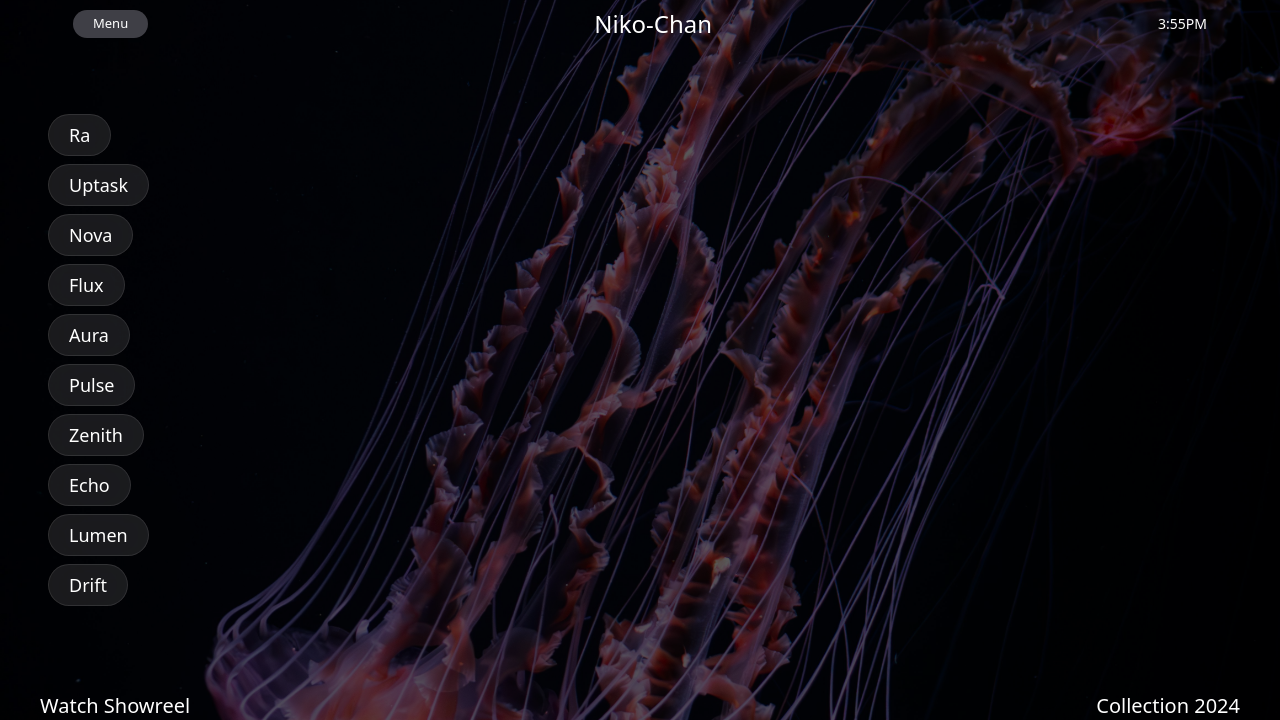
Repository: nikhilsinghrathore1/Niks_indian_local
Page: /
An editor plug-in stored every save of this project. The page is shown before and after the next save, followed by the edit.
The browser window is 1280 px wide. The pictures show the whole page.
The project was rebuilt for these pictures with package versions that can differ from the ones it lists, and the page was loaded fresh each time. Also part of the build but not shown: vite.config.ts.

Above is the page before, as saved 2024-08-27 11:27:11.

### src/App.tsx
import { useState } from 'react'
import reactLogo from './assets/react.svg'
import viteLogo from '/vite.svg'
import './App.css'
import Landing from './Components/Landing'

function App() {
  const [count, setCount] = useState(0)

  return (
    <>

      <Landing/>
    </>
  )
}

export default App

### src/App.css
@font-face {
               font-family:font1 ;
               src: url("./assets/Fontspring-DEMO-rocgroteskcomp-regular.otf");
}

.f1{
               font-family: font1;
}

.item>p{
               padding: 6px 20px;

               font-weight: lighter;
               background-color: rgba(255, 255, 255, 0.1);
               border-radius: 40px;
               border: 1px solid rgba(255, 255, 255, 0.1);
               backdrop-filter: blur(20px);
               transition: 0.3s;
}

.item>p:hover{
               background: none;
               border: 1px solid rgba(255, 255, 255, 0.25);
}

.preview{
               position: fixed ;
               width: 100% ;
               height: 100% ;
               color: #fff;
               z-index: 1;
}

.preview-bg{
               position: absolute;
               width: 100%;
               pointer-events: none;
               height: 100%;
               opacity: 0.35;
}

.preview-title h1{
               font-weight:  lighter;
               font-size: 80px;
}

.preview p , .preview-description p{
               font-size: 14px;
               line-height: 120%;
}

.preview-varient-1 .preview-img{
               position: absolute;
               bottom: 0;
               right: 0;
               margin: 2em;
               width: 300px;
               height: 400px;
               clip-path: polygon(0% 100%, 100%, 100% , 100% 100% , 0% 100%);

}

.preview-varient-1 .preview-title{
               position: absolute;
               top: 35%;
               left: 25%;
}
.preview-varient-1 .preview-tags{
               position: absolute;
               top: 35%;
               left: 40%;
}

.preview-varient-1 .preview-description{
               width: 250px;
               position: absolute;
               top: 25%;
               right: 25%;
}
.preview-varient-3 .preview-img{
               position: absolute;
               bottom: 10%;
               left: 15%;
               margin: 2em;
               width: 300px;
               height: 400px;
               clip-path: polygon(0% 0%, 0%, 0% , 0% 100% , 0% 100%);

}

.preview-varient-3 .preview-title{
               position: absolute;
               bottom: 40%;
               right: 15%;
}
.preview-varient-3 .preview-tags{
               position: absolute;
               bottom: 20%;
               right: 30%;
}

.preview-varient-3 .preview-description{
               width: 250px;
               position: absolute;
               left: 20%;
               top: 15%;
}
.preview-varient-2 .preview-img{
               position: absolute;
               top: 10%;
               right: 5%;
               margin: 2em;
               width: 300px;
               height: 400px;
               clip-path: polygon(100% 0%, 100%, 0% , 100% 100% , 100% 100%);

}

.preview-varient-2 .preview-title{
               position: absolute;
               bottom: 30%;
               left: 50%;
}
.preview-varient-2 .preview-tags{
               position: absolute;
               top: 25%;
               left: 25%;
}

.preview-varient-3 .preview-description{
               width: 250px;
               position: absolute;
               right: 10%;
               bottom: 15%;
}

### src/Components/Landing.tsx
// Landing.tsx
import { useEffect, useRef } from 'react';
import gsap from 'gsap';
import img1 from '../assets/img1.jpg';
import img2 from '../assets/img2.jpg';
import img3 from '../assets/img3.jpg';
import img4 from '../assets/img4.jpg';
import img5 from '../assets/img5.jpg';
import img6 from '../assets/img6.jpg';
import img7 from '../assets/img7.jpg';
import img8 from '../assets/img8.jpg';
import img9 from '../assets/img9.jpg';
import img10 from '../assets/img10.jpg';
import defaultBg from '../assets/default-bg.jpg';

interface TransformProps {
  x?: number;
  y?: number;
  opacity?: number;
}

type VariantTransform = {
  [key: string]: {
    [elementClass: string]: TransformProps;
  };
};

const mapClasses = [
  'variant-1',
  'variant-2',
  'variant-3',
  'variant-1',
  'variant-2',
  'variant-3',
  'variant-1',
  'variant-2',
  'variant-3',
  'variant-1',
];

const previews = [
  {
    img: img1,
    title: 'Ra',
    tags: 'Futuristic Fashion, Minimal Design',
    description:
      'Exploring the intersection of minimalism and future fashion trends in web design.',
    bg: img1,
  },
  {
    img: img2,
    title: 'Uptask',
    tags: 'Fashion Innovation, Graphic Simplicity',
    description:
      'Innovative fashion web design with a core focus on simplicity and elegance.',
    bg: img2,
  },
  {
    img: img3,
    title: 'Nova',
    tags: 'Space Inspired, Modern Aesthetics',
    description:
      'A modern take on space-inspired designs blending technology and art.',
    bg: img3,
  },
  {
    img: img4,
    title: 'Flux',
    tags: 'Dynamic Layouts, Vibrant Colors',
    description:
      'Dynamic and colorful layouts that capture attention and engage users.',
    bg: img4,
  },
  {
    img: img5,
    title: 'Aura',
    tags: 'Serene Designs, Pastel Themes',
    description:
      'Creating calm and soothing user experiences through pastel-themed designs.',
    bg: img5,
  },
  {
    img: img6,
    title: 'Pulse',
    tags: 'Energetic Vibes, Bold Typography',
    description:
      'Harnessing energy and movement with bold typography and striking visuals.',
    bg: img6,
  },
  {
    img: img7,
    title: 'Zenith',
    tags: 'Peak Performance, Sleek Interfaces',
    description:
      'Designs focused on peak performance and sleek, intuitive interfaces.',
    bg: img7,
  },
  {
    img: img8,
    title: 'Echo',
    tags: 'Repetitive Patterns, Minimalist Touch',
    description:
      'Utilizing repetitive patterns to create harmony and balance in design.',
    bg: img8,
  },
  {
    img: img9,
    title: 'Lumen',
    tags: 'Light Themes, Clarity Focused',
    description:
      'Emphasizing clarity and readability through light-themed designs.',
    bg: img9,
  },
  {
    img: img10,
    title: 'Drift',
    tags: 'Fluid Movements, Abstract Forms',
    description:
      'Incorporating fluid movements and abstract forms for a unique user experience.',
    bg: img10,
  },
];

const Landing: React.FC = () => {
  const containerRef = useRef<HTMLDivElement>(null);
  const previewBgRef = useRef<HTMLDivElement>(null);
  const itemsRef = useRef<Array<HTMLDivElement | null>>([]);

  useEffect(() => {
    const defaultClipPath: { [key: string]: string } = {
      'variant-1': 'polygon(0% 100%, 100% 100%, 100% 100%, 0% 100%)',
      'variant-2': 'polygon(100% 0%, 100% 0%, 100% 100%, 100% 100%)',
      'variant-3': 'polygon(0% 0%, 0% 0%, 0% 100%, 0% 100%)',
    };

    const variantTransform: VariantTransform = {
      'variant-1': {
        title: { x: 75, opacity: 0 },
        tags: { y: -75, opacity: 0 },
        description: { x: -75, opacity: 0 },
      },
      'variant-2': {
        title: { x: -75, opacity: 0 },
        tags: { y: -75, opacity: 0 },
        description: { y: 75, opacity: 0 },
      },
      'variant-3': {
        title: { x: 75, opacity: 0 },
        tags: { y: 75, opacity: 0 },
        description: { x: 75, opacity: 0 },
      },
    };

    const getDefaultClipPath = (previewElement: HTMLDivElement): string => {
      for (const variant in defaultClipPath) {
        if (previewElement.classList.contains(variant)) {
          return defaultClipPath[variant];
        }
      }
      return 'polygon(100% 0%, 0% 0%, 0% 100%, 100% 100%)';
    };

    const applyVariantStyle = (
      previewElement: HTMLDivElement,
      reset: boolean = false
    ) => {
      const variant = mapClasses[Array.from(previewElement.classList).findIndex(cls => cls.startsWith('variant-'))];
      if (variant && variantTransform[variant]) {
        Object.entries(variantTransform[variant]).forEach(
          ([elementClass, transform]) => {
            const element = previewElement.querySelector(
              `.preview-${elementClass}`
            ) as HTMLElement;
            if (element) {
              gsap.set(element, reset ? transform : { x: 0, y: 0, opacity: 1 });
            }
          }
        );
      }
    };

    const changeBg = (newImgSrc: string) => {
      if (previewBgRef.current) {
        gsap.to(previewBgRef.current, {
          backgroundImage: `url(${newImgSrc})`,
          duration: 0.5,
          ease: 'power3.out',
        });
      }
    };

    // Create preview elements
    previews.forEach((preview, index) => {
      const previewElement = document.createElement('div');
      previewElement.className = `preview ${mapClasses[index]} preview-${index + 1}`;
      previewElement.style.opacity = '0';
      previewElement.style.position = 'absolute';
      previewElement.style.top = '50%';
      previewElement.style.left = '50%';
      previewElement.style.transform = 'translate(-50%, -50%)';
      previewElement.style.pointerEvents = 'none';
      previewElement.innerHTML = `
        <div class="preview-img">
          <img src="${preview.img}" alt="${preview.title}" />
        </div>
        <div class="preview-title">
          <h1>${preview.title}</h1>
        </div>
        <div class="preview-tags">
          <p>${preview.tags}</p>
        </div>
        <div class="preview-description">
          <p>${preview.description}</p>
        </div>
      `;
      if (containerRef.current) {
        containerRef.current.appendChild(previewElement);
        applyVariantStyle(previewElement, true);
      }
    });

    let activePreview: HTMLDivElement | null = null;

    itemsRef.current.forEach((item, index) => {
      if (item) {
        item.addEventListener('mouseenter', () => {
          const newBg = previews[index].bg;
          changeBg(newBg);

          const newActivePreview = containerRef.current?.querySelector(
            `.preview-${index + 1}`
          ) as HTMLDivElement;

          if (activePreview && activePreview !== newActivePreview) {
            gsap.to(activePreview, {
              opacity: 0,
              duration: 0.5,
              ease: 'power3.out',
              onComplete: () => applyVariantStyle(activePreview!, true),
            });
          }

          gsap.to(newActivePreview, {
            opacity: 1,
            duration: 0.5,
            ease: 'power3.out',
            onStart: () => applyVariantStyle(newActivePreview, false),
          });

          activePreview = newActivePreview;
        });

        item.addEventListener('mouseleave', () => {
          if (activePreview) {
            gsap.to(activePreview, {
              opacity: 0,
              duration: 0.5,
              ease: 'power3.out',
              onComplete: () => applyVariantStyle(activePreview!, true),
            });
            activePreview = null;
            changeBg(defaultBg);
          }
        });
      }
    });

    // Set initial background
    changeBg(defaultBg);
  }, []);

  return (
    <div className='w-full h-screen overflow-hidden fixed text-white bg-black'>
      {/* Nav Bar */}
      <nav className='w-full fixed flex pt-2 items-center justify-around gap-[300px]  z-50'>
        <div className='menu-btn w-fit bg-zinc-700 rounded-full backdrop-blur-md px-5 py-1 cursor-pointer'>
          <h1 className='text-[13px]'>Menu</h1>
        </div>
        <div className='logo  text-2xl'>
          <h1>Niko-Chan</h1>
        </div>
        <div className='local-time text-sm'>
          <h1>3:55PM</h1>
        </div>
      </nav>

      {/* Footer */}
      <div className='footer fixed px-10 bottom-0 text-xl flex items-center justify-between w-full z-50'>
        <p>Watch Showreel</p>
        <p>Collection 2024</p>
      </div>

      {/* Items List */}
      <div
        className='items fixed w-1/3 h-full flex flex-col px-12 text-2xl leading-tight capitalize justify-center z-30'
        >
        {previews.map((preview, index) => (
          <div
            key={index}
            className='item w-fit py-1  text-lg cursor-pointer'
            ref={(el) => (itemsRef.current[index] = el)}
          >
            <p >{preview.title}</p>
          </div>
        ))}
      </div>

      {/* Preview Background */}
      <div
        className='preview-bg fixed top-0 left-0 w-full h-full bg-cover bg-center z-10 transition-all duration-500 ease-out'
        ref={previewBgRef}
      ></div>

      {/* Preview Container */}
      <div
        className='preview-container fixed top-0 left-0 w-full h-full pointer-events-none z-20'
        ref={containerRef}
      ></div>
    </div>
  );
};

export default Landing;

Loaded but not shown: index.html (common file); src/main.tsx (common file); src/index.css (common file); tailwind.config.js (common file)

After the next save:
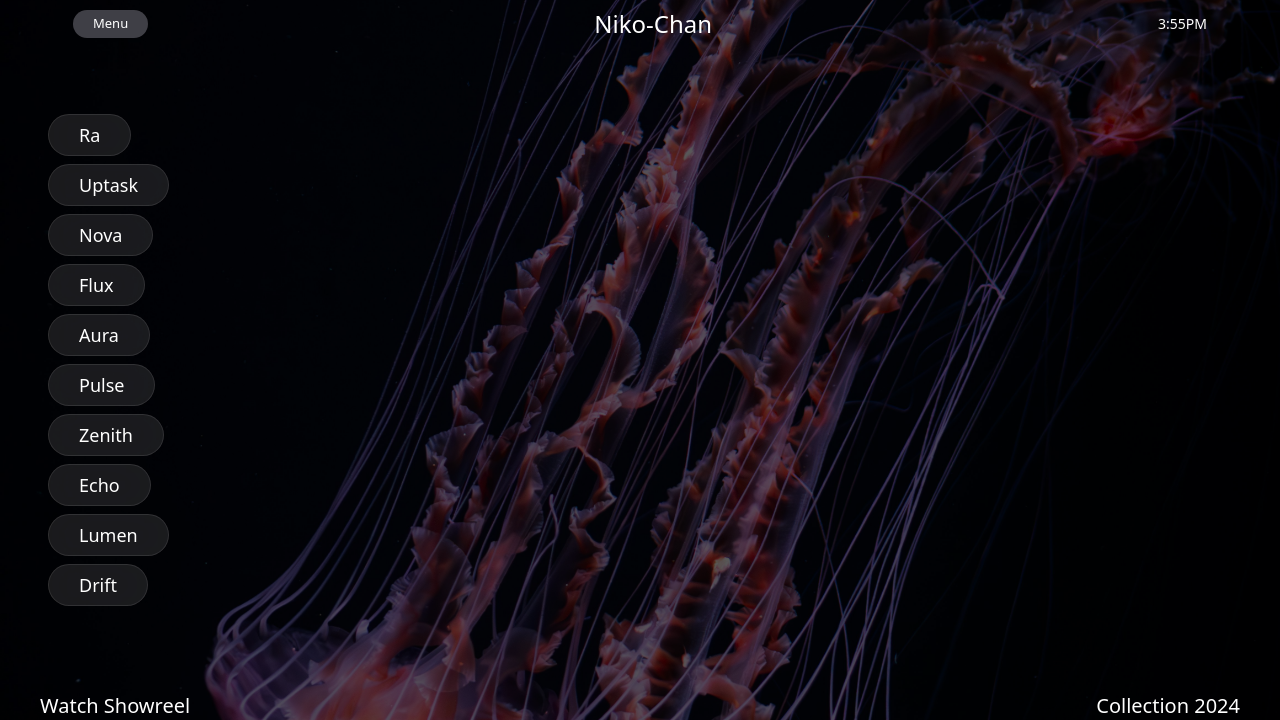
Saved 5 s later.
--- a/src/App.css
+++ b/src/App.css
@@ -8,7 +8,7 @@
 }
 
 .item>p{
-               padding: 6px 20px;
+               padding: 6px 30px;
 
                font-weight: lighter;
                background-color: rgba(255, 255, 255, 0.1);
